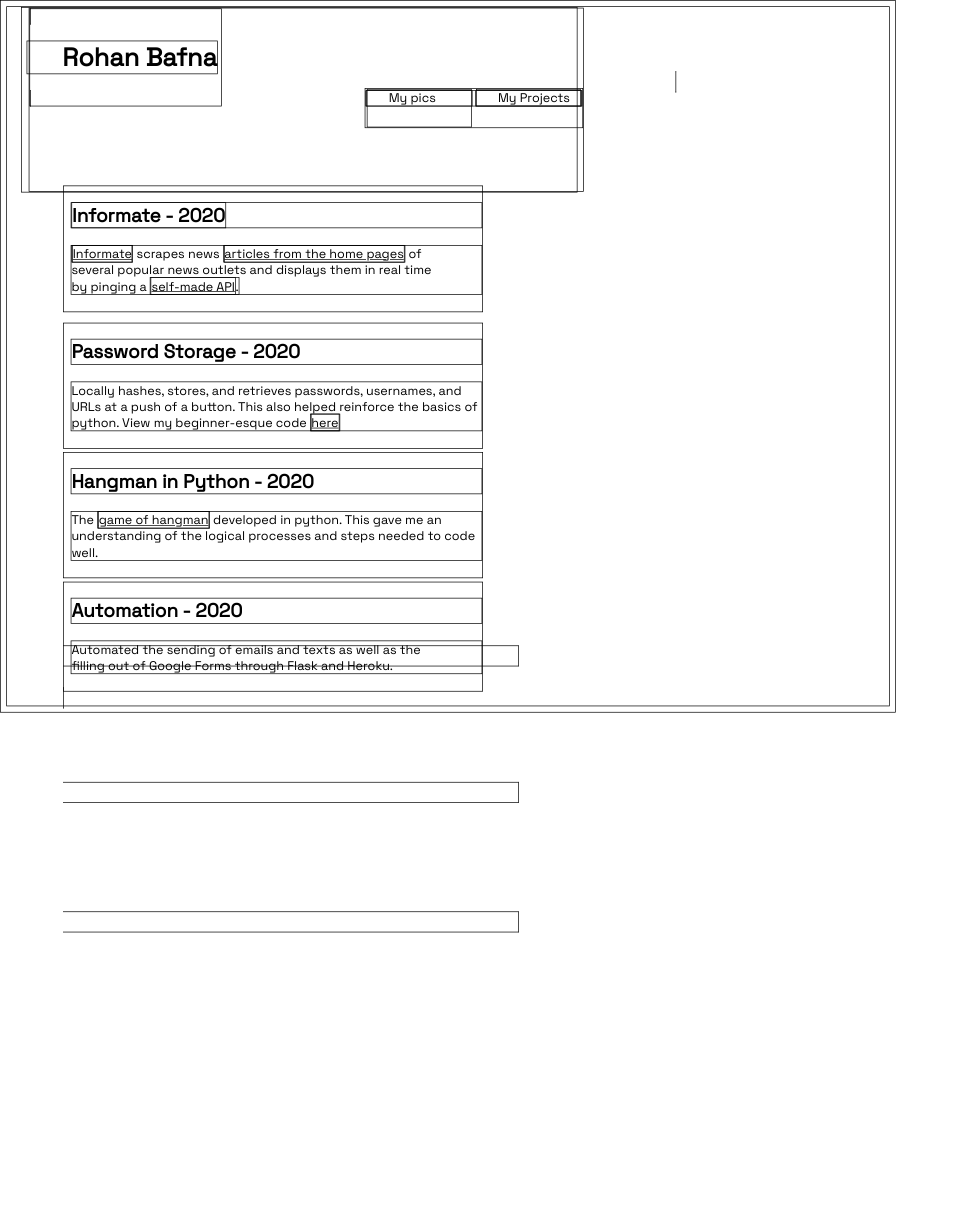
Repository: rbafna6507/rbafna6507.github.io
Page: projects.html
The author's editor kept a copy of each file at every save. The page is drawn from the files as they stood at one save, then again after the next save.
The browser window is 1280 px wide. The page is 1390 px wide, so the pictures cover 1390 px, including what lies to the right of the window. The pictures show the part of the page from y = 0 to 1760 px (the page is 2511 px tall before and 2421 px after), at 70% of full size.

Above is the page before, as saved 2020-12-20 12:19:57.

### projects.html
<!DOCTYPE HTML>
<html>
<head>
    <link rel="shortcut icon" type="image/png" href="circular actual atom logo.png"/>
    <title>my projects</title>
    <link href= "projects.css" type= "text/css" rel= "stylesheet">
    <link rel="preconnect" href="https://fonts.gstatic.com">
<link href="https://fonts.googleapis.com/css2?family=Space+Grotesk:wght@300;400&display=swap" rel="stylesheet">
</head>
<body>
<div id= "navbar">
    <header class= "header">
        <div id="hi">
          <a href= "index.html"><h1>Rohan Bafna</h1></a>
        </div>
        <div class= "leftsidelist">
            <ul>
                <a href= "pics.html"><li class= "about">My pics</li></a>
                <a href= "projects.html"><li class= "projects">My Projects</li></a>
            </ul>
        </div>
    </header>
</div>
<div id = "informate" class = "project">
    <div class = "small">
    <h2>
        <strong>Informate - 2020</strong>
    </h2>
    <h4><a href = "https://newsaggregator-frontend.vercel.app"><u>Informate</u></a> scrapes news <a href = "https://github.com/rbafna6507/newsaggregator_scraper"><u>articles from the home pages</u></a> of <br>several popular news outlets and displays them in real time <br>by pinging a <a href = "https://github.com/rbafna6507/newsaggregator_backend"><u>self-made API</u>.</a></h4>
    </div>
        <img id = "informate_img" class = "imgs" src = "informate_pic.png">
</div>
<div id = "password" class = "project">
    <div class = "small">
    <h2>Password Storage - 2020</h2>
    <h4>Locally hashes, stores, and retrieves passwords, usernames, and <br>URLs at a push of a button. This also helped reinforce the basics of<br>python. View my beginner-esque code <a href = "https://github.com/rbafna6507/passwordstorageproject"><u>here</u></a></h4>
</div>
    <img id = "password_img" class = "imgs" src = "password_pic.png">
</div>
<div id = "hangman" class = "project">
    <div class = "small">
    <h2>Hangman in Python - 2020</h2>
    <h4>The <a href = "https://github.com/rbafna6507/hangmanpython"><u>game of hangman</u></a> developed in python. This gave me an <br>understanding of the logical processes and steps needed to code <br>well.</h4>
</div>
    <img id = "hangman_img" class = "imgs" src = "hangman_pic.png">
</div>
<div id = "automation" class = "project">
    <div class = "small">
    <h2>Automation - 2020</h2>
    <h4>Automated the sending of emails and texts as well as the <br>filling out of Google Forms through Flask and Heroku.</h4>
</div>
</div>
</body>
</html>

### projects.css
* {box-sizing:border-box}
* {border: solid 1px black}

body{
  max-height:1000px;
  max-width:1440px
}

div{
  display: inline-block;
}

li{
  display: inline;
  list-style-type: none;
  text-align: left;
  padding-left: 30px;
  font-size: 18px;
  font-weight: 36px;
  width: 150px;
  display: inline-block;
  position: relative;
}

ul{
  display: inline;
  padding: 0;
  text-align: center;
  position: relative;

}

.header {
  font-family: 'Space Grotesk', sans-serif;
  position: relative;
  left: 10px;
}

.leftsidelist {
  position: relative;
  margin-left: 200px;
  margin-bottom: 90px;
}

#logo {
    display: inline-block;
    width: 40px;
    height: 40px;
    position: relative;
    top: 70px;
    bottom: 400px;
  }

  h1 {

    padding-left: 50px;
    font-size: 36px;
    position: relative;
    right: 5px;
}
  .home {
    padding-bottom: 30px;
  }

  .about {
    padding-bottom: 30px;
  }

  #navbar {
    position: relative;
    left: 20px;
  }

  a:link {
    text-decoration: none;
    color: black;
  }

  a:visited {
    text-decoration: none;
    color: black;
  }

  a:hover {
    color: #ce321e
  }

  a:active {
    color: #ce321e
  }

  .project{
      font-family: 'Space Grotesk', sans-serif;
      position: relative;
      font-weight: normal;
      left: 80px;
      padding-top: 5px;
      font-size: 18px;
      display: inline;
  }

  #informate{
    position: relative;
    bottom: 10px;
    width: 100px;
  }

  #password{
    position: relative;
    bottom: 500px;
  }

  #hangman{
    position: relative;
    bottom: 1000px;
  }

  body:not(.mobile) #informate:hover #informate_img {
    visibility: visible;
}

  #informate_img{
    position: relative;
    bottom: 60px;
    left: 650px;
    display:inline;
    visibility: hidden;
  }
  .imgs{
    height: 500px;
    width: 650px;
    position: relative;
  }
  h4{
    font-weight: normal;
  }

  #password_img{
    position: relative;
    bottom: 260px;
    left: 650px;
    display:inline;
    visibility: hidden;
  }

  body:not(.mobile) #hangman:hover #hangman_img {
    visibility: visible;
}

  #hangman_img{
    position: relative;
    bottom: 440px;
    left: 650px;
    display:inline;
    visibility: hidden;
  }

  body:not(.mobile) #password:hover #password_img {
    visibility: visible;
}
  #automation{
    position: relative;
    bottom: 1500px;
  }

  .small{
    display: block;
    width: 600px;
    padding-left: 10px;
    padding-top:-1px;
  }

  .small{
    background-size: 200% 200%;
    background-image:linear-gradient(to top, #f7f7f7 50%, transparent 50%);
    -webkit-transition: background-position 300ms, color 300ms ease, border-color 300ms ease;
    -moz-transition: background-position 300ms, color 300ms ease, border-color 300ms ease;
    -ms-transition: background-position 300ms, color 300ms ease, border-color 300ms ease;
    -o-transition: background-position 300ms, color 300ms ease, border-color 300ms ease;
    transition: background-position 300ms, color 300ms ease, border-color 300ms ease;
}

  .small:hover {color: black;
background-image:
linear-gradient(to top, #f7f7f7 51%, transparent 50%);
background-position: 0 100%;
-webkit-transition: background-position 300ms, color 300ms ease, border-color 300ms ease;
-moz-transition: background-position 300ms, color 300ms ease, border-color 300ms ease;
-ms-transition: background-position 300ms, color 300ms ease, border-color 300ms ease;
-o-transition: background-position 300ms, color 300ms ease, border-color 300ms ease;
transition: background-position 300ms, color 300ms ease, border-color 300ms ease;
}

  .bro{
    margin-bottom: 3000px;
  }

After the next save:
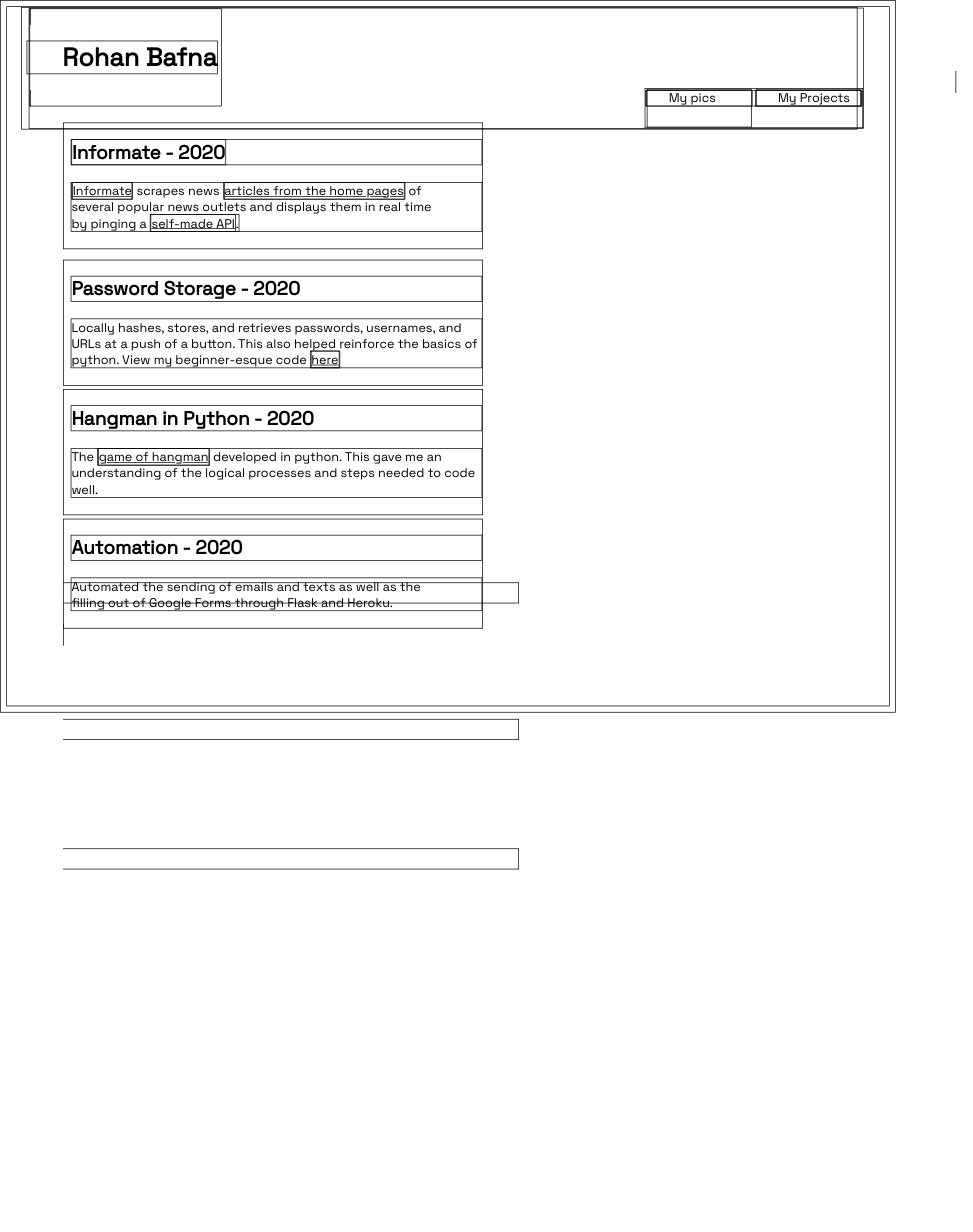
Saved 12 s later.
--- a/projects.css
+++ b/projects.css
@@ -38,8 +38,7 @@ ul{
 
 .leftsidelist {
   position: relative;
-  margin-left: 200px;
-  margin-bottom: 90px;
+  margin-left: 600px;
 }
 
 #logo {
